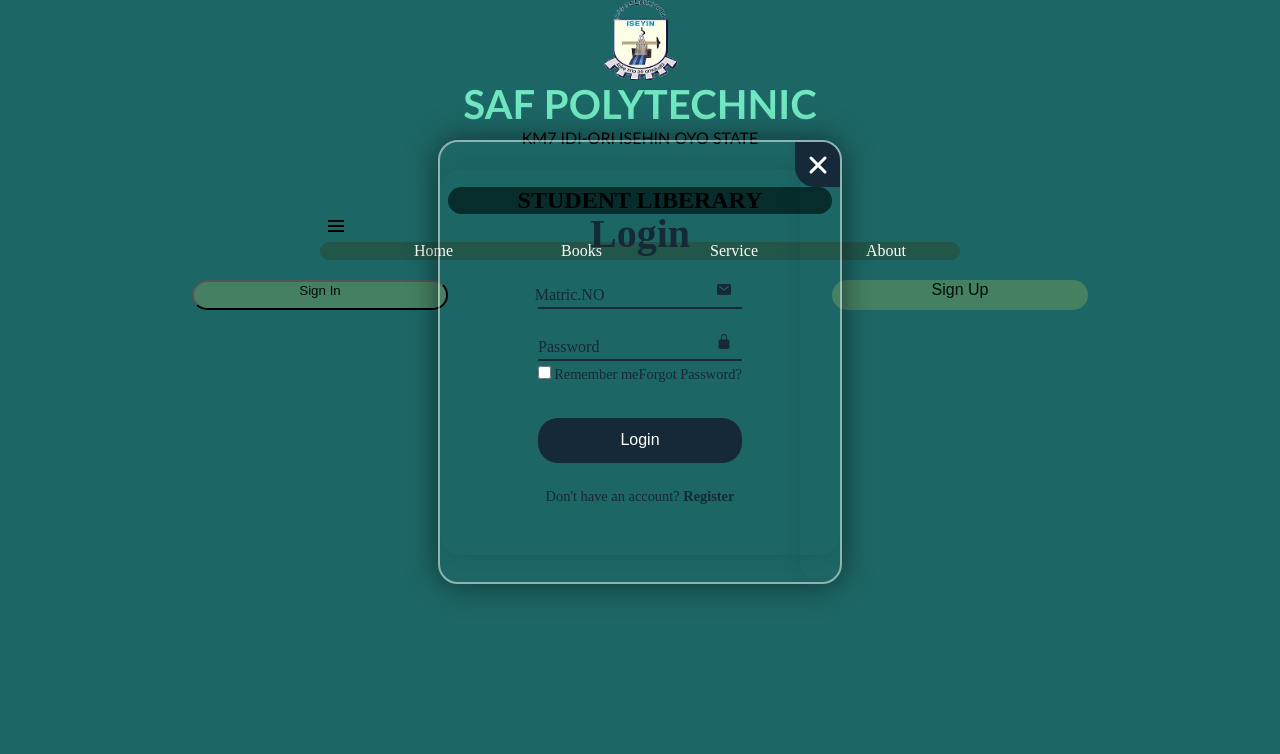
Repository: makinwademila/new-html
Page: index.html
These files come from the project's save history. The page is drawn as it stood at one moment and after the next save; the edit follows.
The browser window is 1280 px wide. The pictures show the whole page.

Above is the page before, as saved 2025-03-05 14:03:12.
Console error: ReferenceError: e is not defined

After the next save:
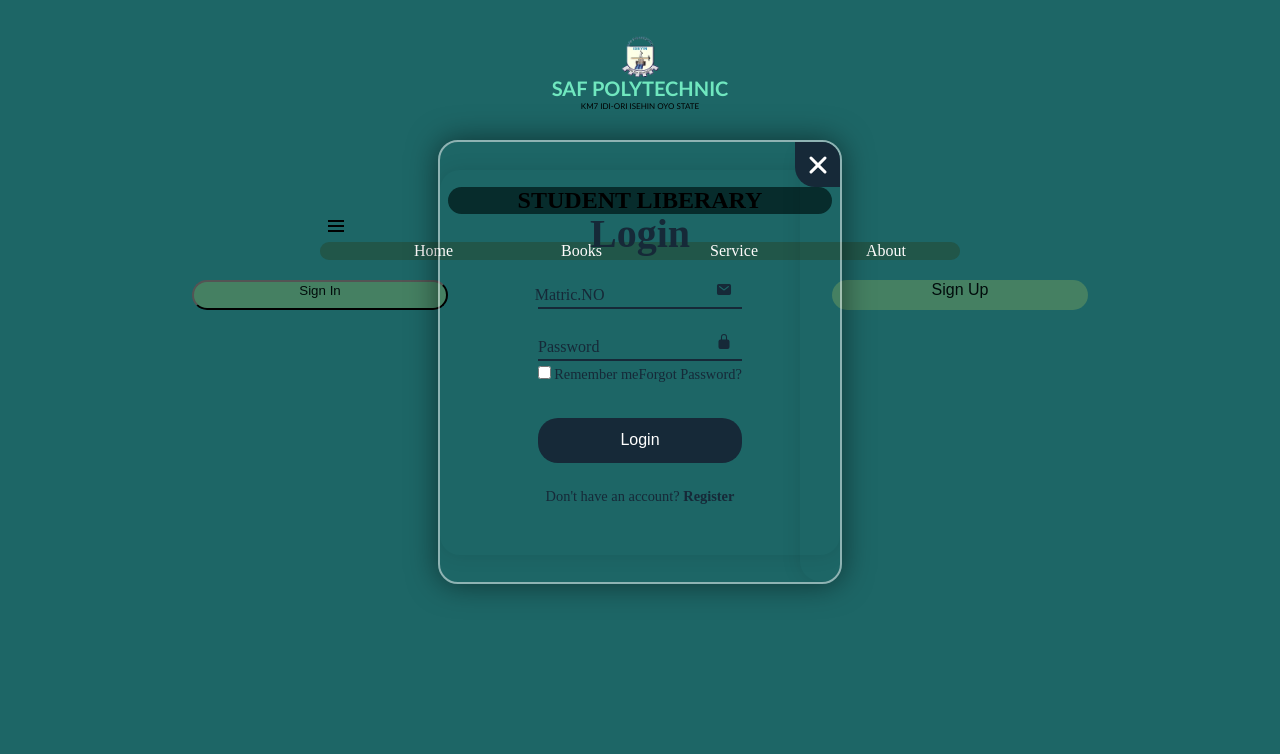
Saved 9 s later.
--- a/style.css
+++ b/style.css
@@ -211,7 +211,7 @@
 }
 
 header {
-    transform: scale(0.s);
+    transform: scale(0.5);
 }
 
 .header {
